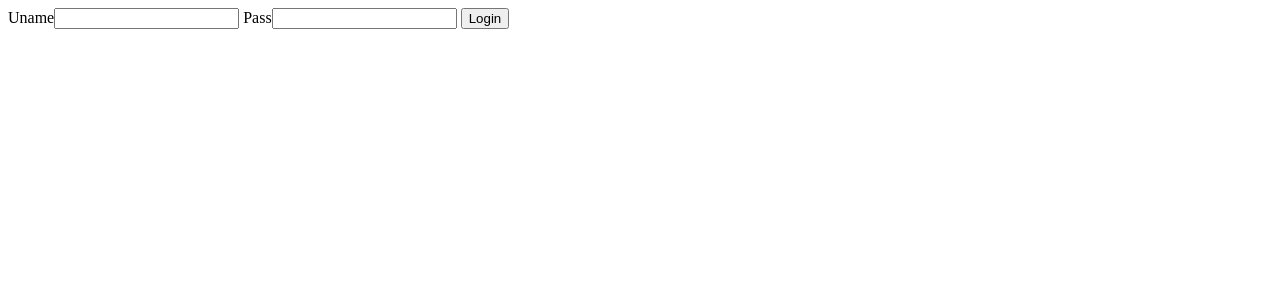
Repository: Karthi-Mano/AdvanceJavaPrograms
Page: BasicHtml/WebContent/HomePage.html
An editor plug-in stored every save of this project. The page is shown before and after the next save, followed by the edit.
The browser window is 1280 px wide. The pictures show the whole page.

Above is the page before, as saved 2017-09-23 06:01:22.

After the next save:
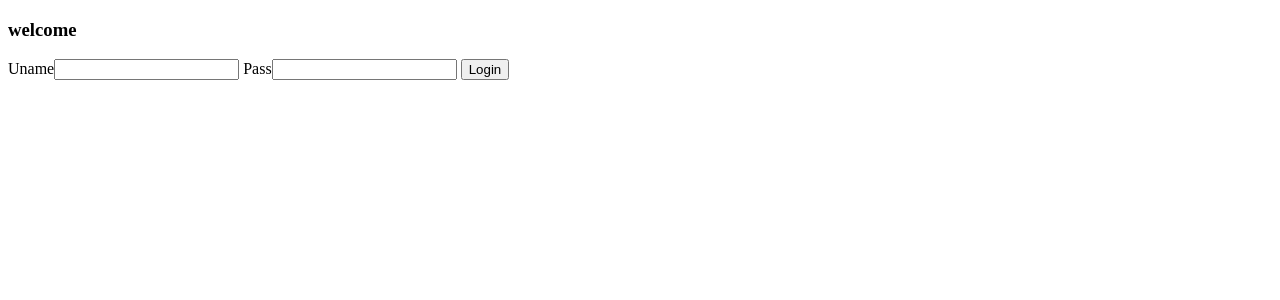
Saved 20 s later.
--- a/BasicHtml/WebContent/HomePage.html
+++ b/BasicHtml/WebContent/HomePage.html
@@ -6,6 +6,7 @@
 </head>
 <body>
   <form>
+  <h3>welcome </h3>
    Uname<input type="text">
    Pass<input type="password">
    <input type="submit" value="Login">
